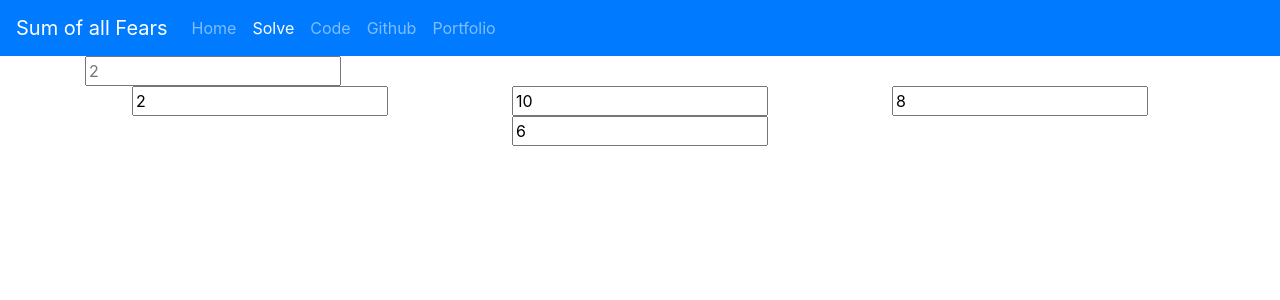
Repository: zhadjah9559/BrainBufferOverflow
Page: solve.html
The author's editor kept a copy of each file at every save. The page is drawn from the files as they stood at one save, then again after a run of saves.
The browser window is 1280 px wide. The pictures show the whole page.

Above is the page before, as saved 2021-01-13 15:06:29.

After the next 3 saves:
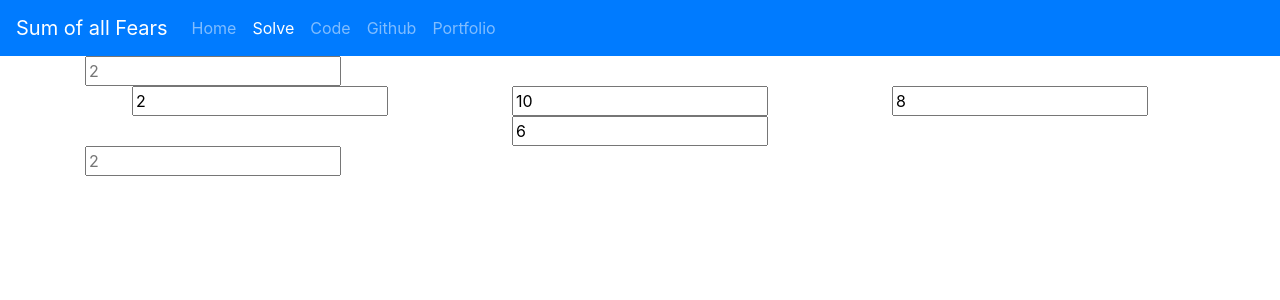
The 3 saves are shown as one change because they came seconds apart.
The last was saved 18 s later.
--- a/solve.html
+++ b/solve.html
@@ -61,6 +61,14 @@
         </div>
 
 
+        <div class="row">
+            <div class="col">
+             <input type="number" id="kInput" name="kInput"  placeholder="2">
+
+            </div>
+        </div>
+
+
     </div>
 
 
